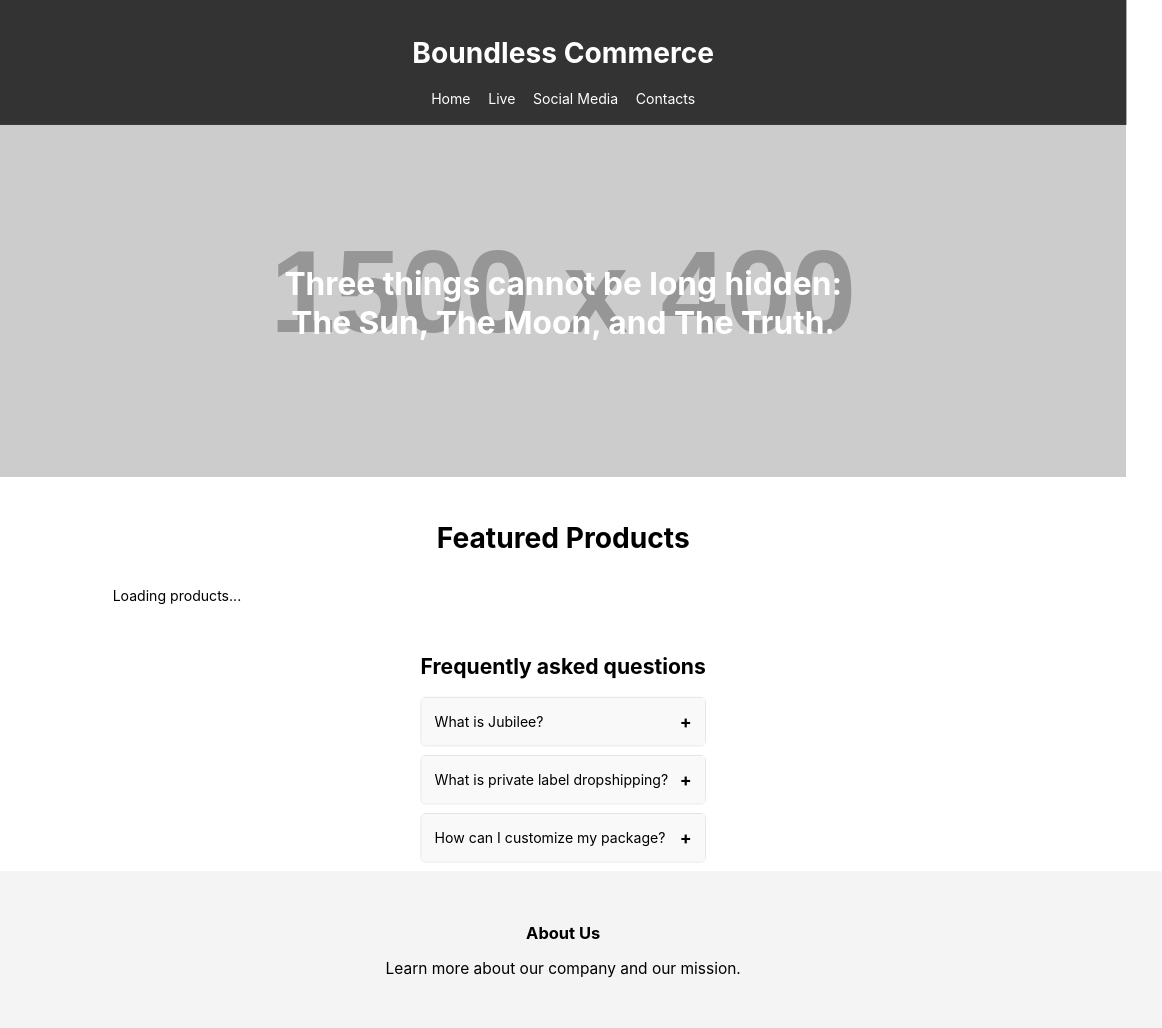
Repository: Nn-Exe/chunar-ecommerce
Page: / (app in ecommerce-frontend/)
The author's editor kept a copy of each file at every save. The page is drawn from the files as they stood at one save, then again after a run of saves.
The browser window is 1280 px wide. The page is 1320 px wide, so the pictures cover 1320 px, including what lies to the right of the window. The pictures show the whole page, at 88% of full size.
The page's requests for data from a server got no answer. The project was rebuilt for these pictures with package versions that can differ from the ones it lists, and the page was loaded fresh each time. No one was signed in, and anything a server would have sent is missing.

Above is the page before, as saved 2024-09-11 13:32:53.

### ecommerce-frontend/src/App.js
import React, { useState, useEffect } from 'react';
import './App.css';
import { BrowserRouter as Router, Route, Routes } from 'react-router-dom';  // Importing React Router
import Navbar from './components/Navbar';  // Correct way to import default export
import HeroSection from './components/HeroSection';  // Correct way to import default export
import ProductList from './components/ProductList';  // Correct way to import default export


// FAQ Component
function Faq() {
  const [activeIndex, setActiveIndex] = useState(null);

  const toggleFaq = (index) => {
    setActiveIndex(activeIndex === index ? null : index);
  };

  return (
    <div className="faq-section">
      <h2>Frequently asked questions</h2>

      <div className="faq-item">
        <div className="faq-question" onClick={() => toggleFaq(0)}>
          <span>What is Jubilee?</span>
          <span className="icon">{activeIndex === 0 ? '-' : '+'}</span>
        </div>
        {activeIndex === 0 && (
          <div className="faq-answer">
            <p>Jubilee is a dropshipping marketplace that lets you build your own cosmetic and skincare line with minimal upfront costs. You can find high-quality beauty products with customizable attributes like logos and branded invoicing.</p>
          </div>
        )}
      </div>

      <div className="faq-item">
        <div className="faq-question" onClick={() => toggleFaq(1)}>
          <span>What is private label dropshipping?</span>
          <span className="icon">{activeIndex === 1 ? '-' : '+'}</span>
        </div>
        {activeIndex === 1 && (
          <div className="faq-answer">
            <p>Private label dropshipping allows you to sell products from suppliers with your own branding. It’s a great way to promote your brand with minimal effort.</p>
          </div>
        )}
      </div>

      <div className="faq-item">
        <div className="faq-question" onClick={() => toggleFaq(2)}>
          <span>How can I customize my package?</span>
          <span className="icon">{activeIndex === 2 ? '-' : '+'}</span>
        </div>
        {activeIndex === 2 && (
          <div className="faq-answer">
            <p>Private labeling is a great way to showcase your brand! As a retailer, you have the power to control how the packaging of the products will look that will be directly delivered to your customers.</p>
          </div>
        )}
      </div>
    </div>
  );
}

// Home page component (the default view)
function Home({ products }) {
  return (
    <div className="home-page">
      {/* Hero Section */}
      <div className="hero-container">
        <HeroSection />
      </div>

      {/* Featured Products Section */}
      <section className="products-section">
        <div className="section-header">
          <h2>Featured Products</h2>
        </div>

        <div className="product-grid">
          <ProductList products={products} />
        </div>
      </section>

      <br />

      {/* FAQ Section */}
      <Faq />

      {/* Add more sections here */}
      <section className="about-section">
        <div className="about-content">
          <h3>About Us</h3>
          <p>Learn more about our company and our mission.</p>
        </div>
      </section>
    </div>
  );
}

// Other page components
function Live() {
  return <h2>Live Page</h2>;
}

function Contacts() {
  return <h2>Contacts Page</h2>;
}

function SocialMedia() {
  // External link can be opened using an anchor tag, so no need for a separate page.
  window.location.href = "https://linktr.ee/chunar.co";  // Redirect to external social media page
  return null;
}

function App() {
  const [products, setProducts] = useState([]);

  useEffect(() => {
    fetch('http://localhost:5000/api/products')
      .then((response) => response.json())
      .then((data) => setProducts(data))
      .catch((error) => console.error('Error fetching products:', error));
  }, []);

  return (
    <Router>
      <div className="App">
        <header className="App-header">
          <h1>Boundless Commerce</h1>
          <Navbar />
        </header>

        <Routes>
          {/* Home page route */}
          <Route path="/" element={<Home products={products} />} />

          {/* Other pages */}
          <Route path="/live" element={<Live />} />
          <Route path="/contacts" element={<Contacts />} />

          {/* Redirect to external social media link */}
          <Route path="/social-media" element={<SocialMedia />} />
        </Routes>
      </div>
    </Router>
  );
}

export default App;

### ecommerce-frontend/src/App.css
/* ------------- Main Structure ------------ */

.App-header {
  background-color: #333;
  color: white;
  padding: 20px;
  text-align: center;
}

nav ul {
  list-style-type: none;
  padding: 0;
  margin: 0;
  display: flex;
  justify-content: center;
  gap: 20px;
}

nav ul li a {
  color: white;
  text-decoration: none;
  font-size: 16px;
}

.hero {
  position: relative;
  text-align: center;
}

.hero-banner {
  width: 100%;
  height: 400px;
  object-fit: cover;
}

.hero-text {
  position: absolute;
  top: 50%;
  left: 50%;
  transform: translate(-50%, -50%);
  color: white;
  font-size: 24px;
  font-weight: bold;
}

.products {
  padding: 40px;
  text-align: center;
}

.product-list {
  display: grid;
  grid-template-columns: repeat(5, 1fr);
  gap: 20px;
}

.product-card {
  border: 1px solid #ddd;
  padding: 20px;
  text-align: center;
  transition: transform 0.3s;
}

.product-card img {
  max-width: 100%;
  height: auto;
  margin-bottom: 10px;
}

.product-card:hover {
  transform: scale(1.05);
}


.product-card img {
  width: 200px;
  height: 200px;
  object-fit: cover;   /* Ensures the image covers the given area */
  border-radius: 10px; /* Optional: adds rounded corners */
}



/* ----------- Home Div -------------- */

/* App.css */

.home-page {
  display: flex;
  flex-direction: column;
  align-items: center;
}

/* Hero Section */
.hero-container {
  width: 100%;
  margin-bottom: 20px;
}

/* Products Section */
.products-section {
  width: 80%;
  margin: 0 auto;
}

.section-header h2 {
  text-align: center;
  font-size: 2rem;
  margin-bottom: 20px;
}

/* Product Grid
.product-grid {
  display: grid;
  grid-template-columns: repeat(3, 1fr);
  gap: 20px;
}

.product-card {
  border: 1px solid #ddd;
  padding: 20px;
  text-align: center;
} */

/* About Section */
.about-section {
  background-color: #f4f4f4;
  padding: 40px;
  width: 100%;
  text-align: center;
}

.about-section h3 {
  margin-bottom: 10px;
}

.about-section p {
  font-size: 1.1rem;
}


/* ----------- FAQ Section ---------------- */

.faq-section {
  max-width: 600px;
  margin: 0 auto;
}

.faq-item {
  border: 1px solid #ddd;
  margin-bottom: 10px;
  border-radius: 5px;
}

.faq-question {
  padding: 15px;
  background-color: #f9f9f9;
  cursor: pointer;
  display: flex;
  justify-content: space-between;
  align-items: center;
}

.faq-answer {
  padding: 15px;
  display: none;
  border-top: 1px solid #ddd;
  background-color: #fff;
}

.faq-item.active .faq-answer {
  display: block;
}

.faq-item.active .icon {
  content: "-";
}

.icon {
  font-size: 20px;
  font-weight: bold;
  transition: transform 0.3s ease;
}

.faq-item.active .icon {
  transform: rotate(45deg);
}

### ecommerce-frontend/src/components/Navbar.js
import React from 'react';
import { Link } from 'react-router-dom';

function Navbar() {
  return (
    <nav>
      <ul>
        <li><Link to="/">Home</Link></li>  {/* Links to the home page */}
        <li><Link to="/live">Live</Link></li>  {/* Links to the live page */}
        <li><a href="https://linktr.ee/chunar.co" target="_blank" rel="noopener noreferrer">Social Media</a></li> {/* Opens external link in new tab */}
        <li><Link to="/contacts">Contacts</Link></li>  {/* Links to the contacts page */}
      </ul>
    </nav>
  );
}

export default Navbar;

### ecommerce-frontend/src/components/HeroSection.js
import React from 'react';

function HeroSection() {
  return (
    <section className="hero">
      <img src="https://via.placeholder.com/1500x400" alt="Banner" className="hero-banner" />
      <div className="hero-text">
        <h2>Three things cannot be long hidden: The Sun, The Moon, and The Truth.</h2>
      </div>
    </section>
  );
}

export default HeroSection;  // Ensure you have this line

### ecommerce-frontend/src/components/ProductList.js
import React from 'react';

function ProductList({ products }) {
  return (
    <div className="product-list">
      {products.length === 0 ? (
        <p>Loading products...</p>
      ) : (
        products.map((product) => (
          <div key={product.id} className="product-card">
              <img
                src={product.image}
                alt={product.name}
                className="product-image"
              />
            <h3>{product.name}</h3>
            <p>{product.description}</p>
            <p>${product.price}</p>
          </div>
        ))
      )}
    </div>
  );
}

export default ProductList;

### ecommerce-frontend/src/components/Faq.js
import React, { useState } from 'react';
import './Faq.css'; // Assuming you've created some styles for FAQ

const Faq = () => {
  const [activeIndex, setActiveIndex] = useState(null);

  const toggleFaq = (index) => {
    setActiveIndex(activeIndex === index ? null : index);
  };

  return (
    <div className="faq-section">
      <h2>Frequently Asked Questions</h2>

      <div className="faq-item">
        <div className="faq-question" onClick={() => toggleFaq(0)}>
          <span>What is Jubilee?</span>
          <span className="icon">{activeIndex === 0 ? '-' : '+'}</span>
        </div>
        {activeIndex === 0 && (
          <div className="faq-answer">
            <p>Jubilee is a dropshipping marketplace that lets you build your own cosmetic and skincare line with minimal upfront costs...</p>
          </div>
        )}
      </div>

      <div className="faq-item">
        <div className="faq-question" onClick={() => toggleFaq(1)}>
          <span>What is private label dropshipping?</span>
          <span className="icon">{activeIndex === 1 ? '-' : '+'}</span>
        </div>
        {activeIndex === 1 && (
          <div className="faq-answer">
            <p>Private label dropshipping allows you to sell products from suppliers with your own branding...</p>
          </div>
        )}
      </div>

      <div className="faq-item">
        <div className="faq-question" onClick={() => toggleFaq(2)}>
          <span>How can I customize my package?</span>
          <span className="icon">{activeIndex === 2 ? '-' : '+'}</span>
        </div>
        {activeIndex === 2 && (
          <div className="faq-answer">
            <p>Private labeling is a great way to showcase your brand...</p>
          </div>
        )}
      </div>
    </div>
  );
};

export default Faq;

Loaded but not shown: ecommerce-frontend/public/index.html (common file); ecommerce-frontend/src/index.js (common file); ecommerce-frontend/src/index.css (common file); ecommerce-frontend/src/reportWebVitals.js (common file)

After the next 2 saves:
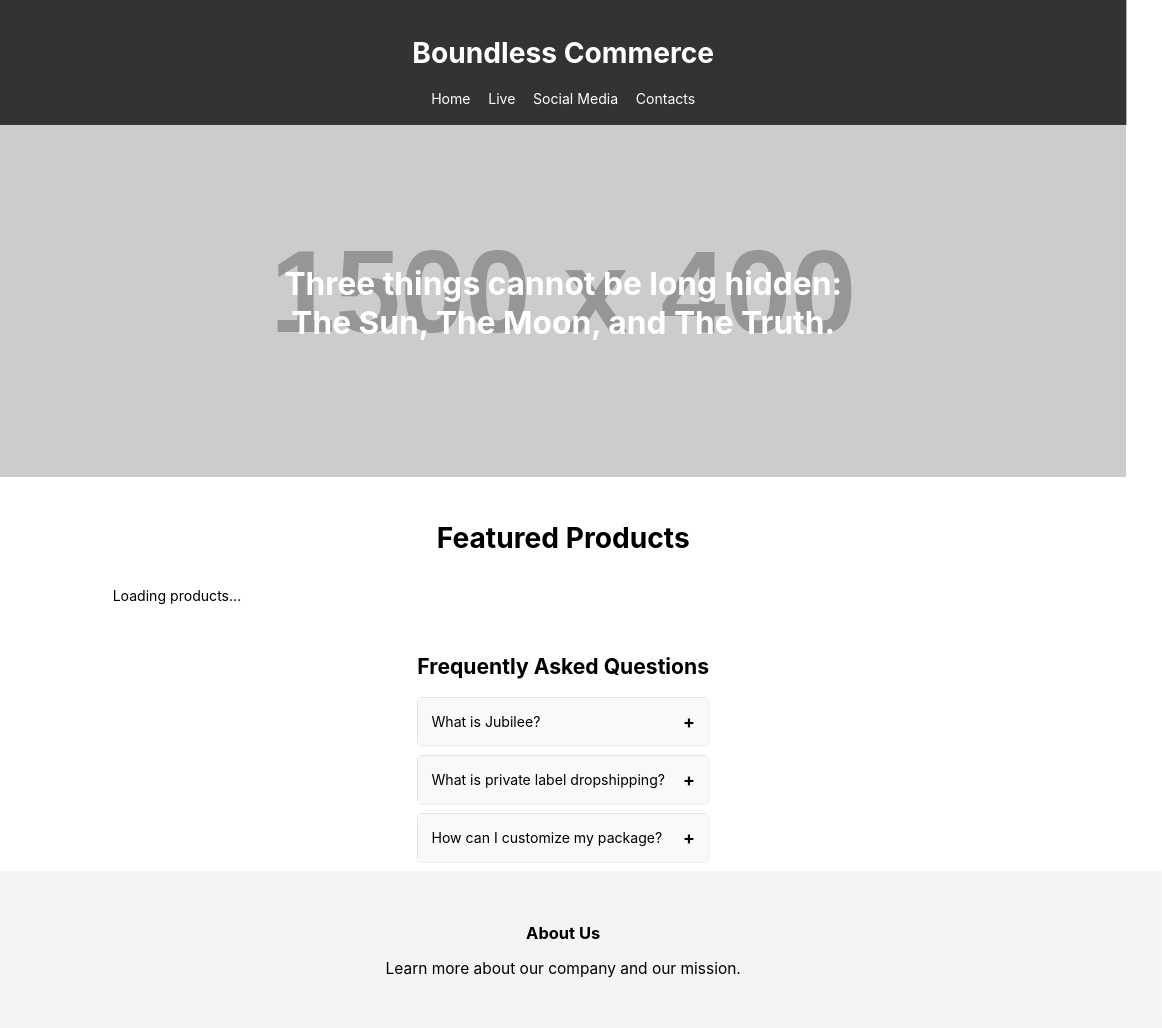
The 2 saves are shown as one change because 1 did not build or start.
The last was saved 2 min 56 s later.
--- a/ecommerce-frontend/src/App.js
+++ b/ecommerce-frontend/src/App.js
@@ -4,58 +4,7 @@ import { BrowserRouter as Router, Route, Routes } from 'react-router-dom';  // I
 import Navbar from './components/Navbar';  // Correct way to import default export
 import HeroSection from './components/HeroSection';  // Correct way to import default export
 import ProductList from './components/ProductList';  // Correct way to import default export
-
-
-// FAQ Component
-function Faq() {
-  const [activeIndex, setActiveIndex] = useState(null);
-
-  const toggleFaq = (index) => {
-    setActiveIndex(activeIndex === index ? null : index);
-  };
-
-  return (
-    <div className="faq-section">
-      <h2>Frequently asked questions</h2>
-
-      <div className="faq-item">
-        <div className="faq-question" onClick={() => toggleFaq(0)}>
-          <span>What is Jubilee?</span>
-          <span className="icon">{activeIndex === 0 ? '-' : '+'}</span>
-        </div>
-        {activeIndex === 0 && (
-          <div className="faq-answer">
-            <p>Jubilee is a dropshipping marketplace that lets you build your own cosmetic and skincare line with minimal upfront costs. You can find high-quality beauty products with customizable attributes like logos and branded invoicing.</p>
-          </div>
-        )}
-      </div>
-
-      <div className="faq-item">
-        <div className="faq-question" onClick={() => toggleFaq(1)}>
-          <span>What is private label dropshipping?</span>
-          <span className="icon">{activeIndex === 1 ? '-' : '+'}</span>
-        </div>
-        {activeIndex === 1 && (
-          <div className="faq-answer">
-            <p>Private label dropshipping allows you to sell products from suppliers with your own branding. It’s a great way to promote your brand with minimal effort.</p>
-          </div>
-        )}
-      </div>
-
-      <div className="faq-item">
-        <div className="faq-question" onClick={() => toggleFaq(2)}>
-          <span>How can I customize my package?</span>
-          <span className="icon">{activeIndex === 2 ? '-' : '+'}</span>
-        </div>
-        {activeIndex === 2 && (
-          <div className="faq-answer">
-            <p>Private labeling is a great way to showcase your brand! As a retailer, you have the power to control how the packaging of the products will look that will be directly delivered to your customers.</p>
-          </div>
-        )}
-      </div>
-    </div>
-  );
-}
+import Faq from './components/Faq';  // Import the Faq component from the components folder
 
 // Home page component (the default view)
 function Home({ products }) {
@@ -80,7 +29,7 @@ function Home({ products }) {
       <br />
 
       {/* FAQ Section */}
-      <Faq />
+      <Faq />  {/* Using the imported Faq component */}
 
       {/* Add more sections here */}
       <section className="about-section">
--- a/ecommerce-frontend/src/components/Faq.js
+++ b/ecommerce-frontend/src/components/Faq.js
@@ -1,5 +1,4 @@
 import React, { useState } from 'react';
-import './Faq.css'; // Assuming you've created some styles for FAQ
 
 const Faq = () => {
   const [activeIndex, setActiveIndex] = useState(null);
